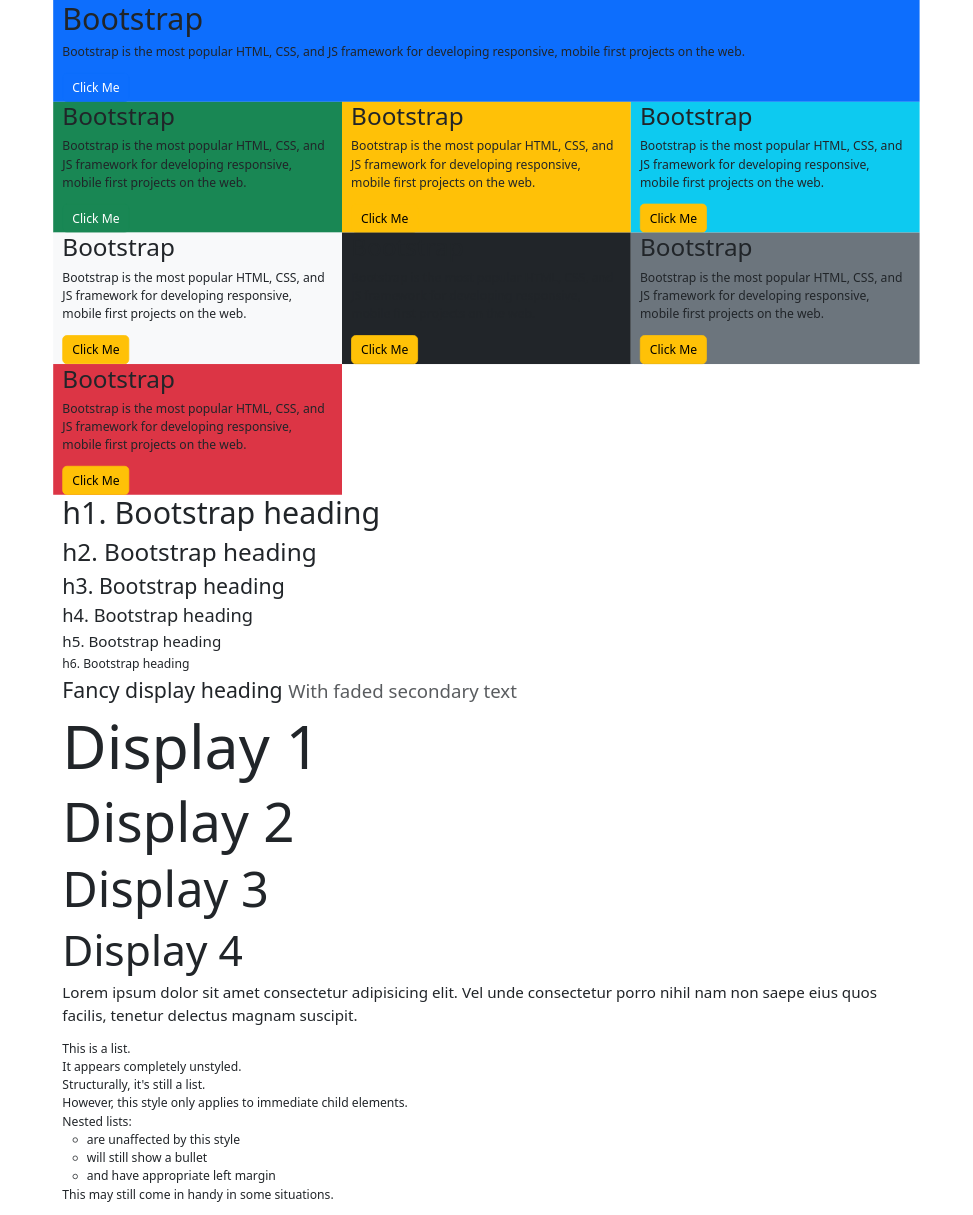
Repository: arunyerram/Web-TEChnologies
Page: b.html
An editor plug-in stored every save of this project. The page is shown before and after a run of saves, followed by the edit.
The browser window is 1280 px wide. The pictures show the whole page, at 76% of full size.

Above is the page before, as saved 2025-02-20 12:26:50.

After the next 5 saves:
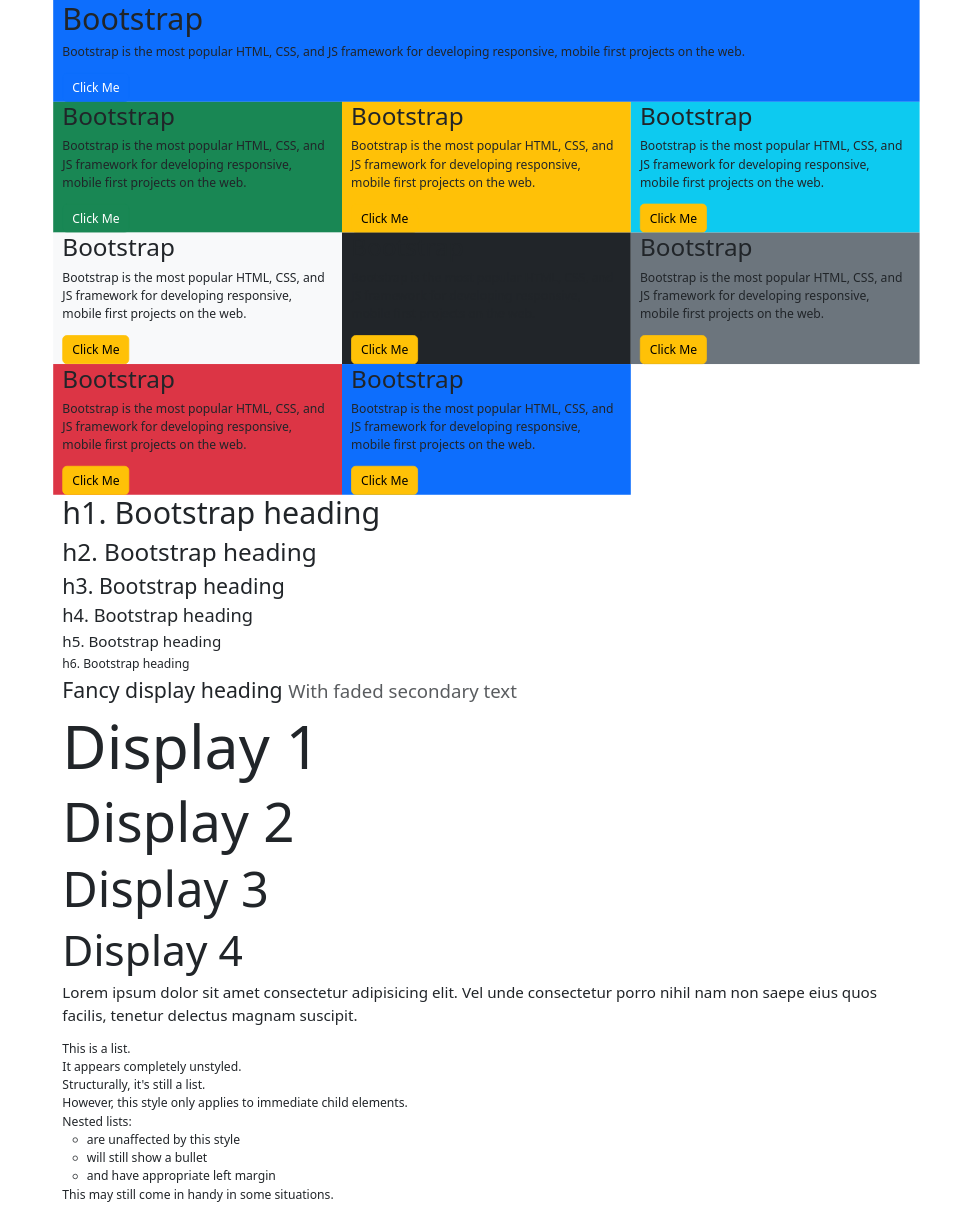
The 5 saves are shown as one change because they came seconds apart.
The last was saved 14 s later.
--- a/b.html
+++ b/b.html
@@ -55,7 +55,11 @@
                 <p>Bootstrap is the most popular HTML, CSS, and JS framework for developing responsive, mobile first projects on the web.</p>
                 <button class="btn btn-warning">Click Me</button>
             </div>
-
+            <div class="col-sm-4 bg-primary">
+                <h2>Bootstrap</h2>
+                <p>Bootstrap is the most popular HTML, CSS, and JS framework for developing responsive, mobile first projects on the web.</p>
+                <button class="btn btn-warning">Click Me</button>
+            </div>
 
 
         <p class="h1">h1. Bootstrap heading</p>
